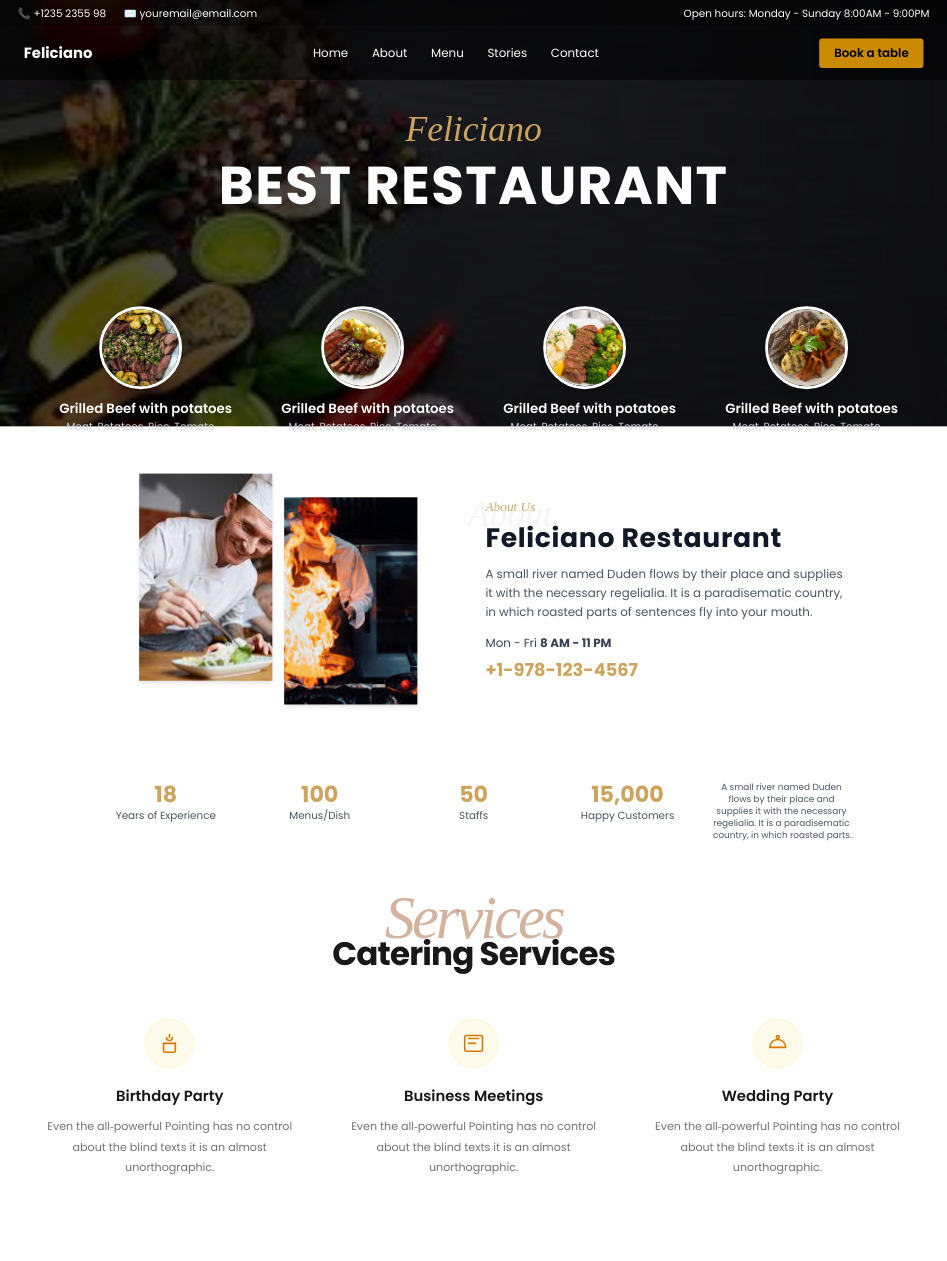
Repository: Purniagithub/Benttacproject
Page: /
The author's editor kept a copy of each file at every save. The page is drawn from the files as they stood at one save, then again after the next save.
The browser window is 1280 px wide. The pictures show the whole page, at 74% of full size.
Some web fonts or font styles are not loaded; a fallback is used. The project was rebuilt for these pictures with package versions that can differ from the ones it lists, and the page was loaded fresh each time. Also part of the build but not shown: vite.config.js.

Above is the page before, as saved 2025-08-21 17:53:05.

After the next save:
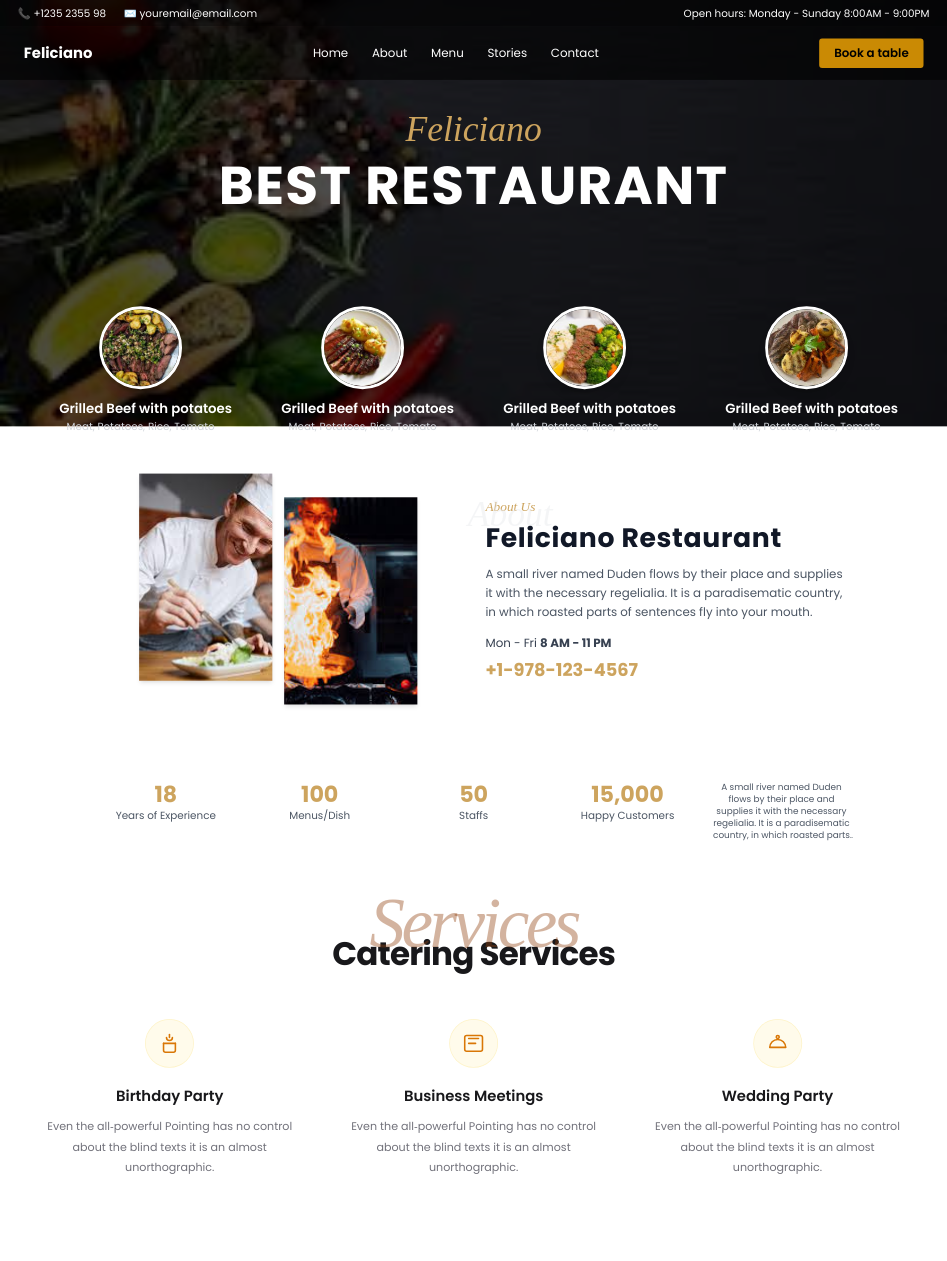
Saved 5 s later.
--- a/src/components/CateringServices.jsx
+++ b/src/components/CateringServices.jsx
@@ -66,7 +66,7 @@ export default function CateringServices({
     <section id={id} className="relative isolate bg-white py-24 sm:py-28">
       {/* Accent word behind heading */}
       <div aria-hidden className="pointer-events-none absolute inset-x-0 -top-1 sm:top-0 text-center">
-        <span className="select-none font-serif italic tracking-tighter text-amber-800/40 text-7xl sm:text-8xl md:text-[82px] leading-none">
+        <span className="select-none font-serif italic tracking-tighter text-amber-800/40 text-7xl sm:text-8xl md:text-[96px] leading-none">
           {accent}
         </span>
       </div>
